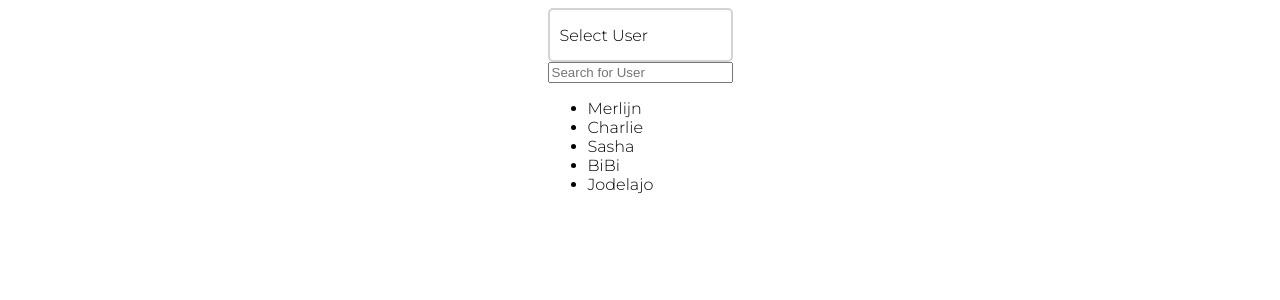
Repository: jodelajo/nuxt-filter-tutorial
Page: /
An editor plug-in stored every save of this project. The page is shown before and after the next save, followed by the edit.
The browser window is 1280 px wide. The pictures show the whole page.
The project was rebuilt for these pictures with package versions that can differ from the ones it lists, and the page was loaded fresh each time. The framework's server and built-in components were replaced by stand-ins that run in the browser. Also part of the build but not shown: nuxt.config.js, components/NuxtLogo.vue, components/Tutorial.vue.

Above is the page before, as saved 2021-12-11 12:23:51.

After the next save:
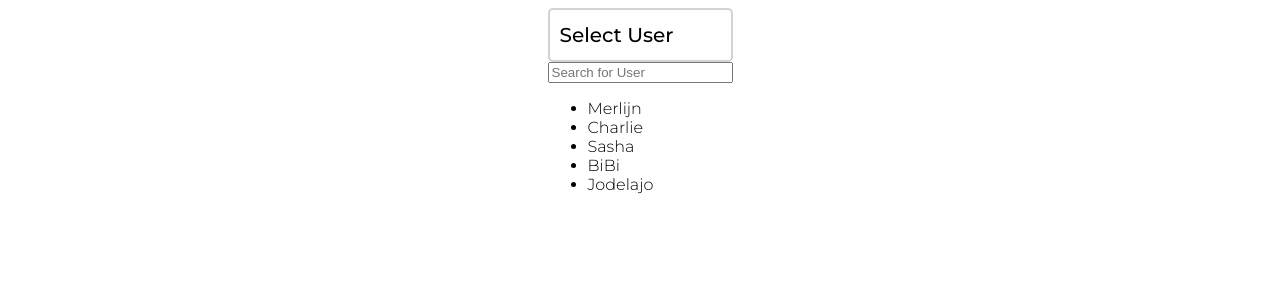
Saved 59 s later.
--- a/pages/index.vue
+++ b/pages/index.vue
@@ -56,5 +56,7 @@ body {
   display: flex;
   justify-content: space-between;
   align-items: center;
+  font-size: 20px;
+  font-weight: 500;
 }
 </style>
